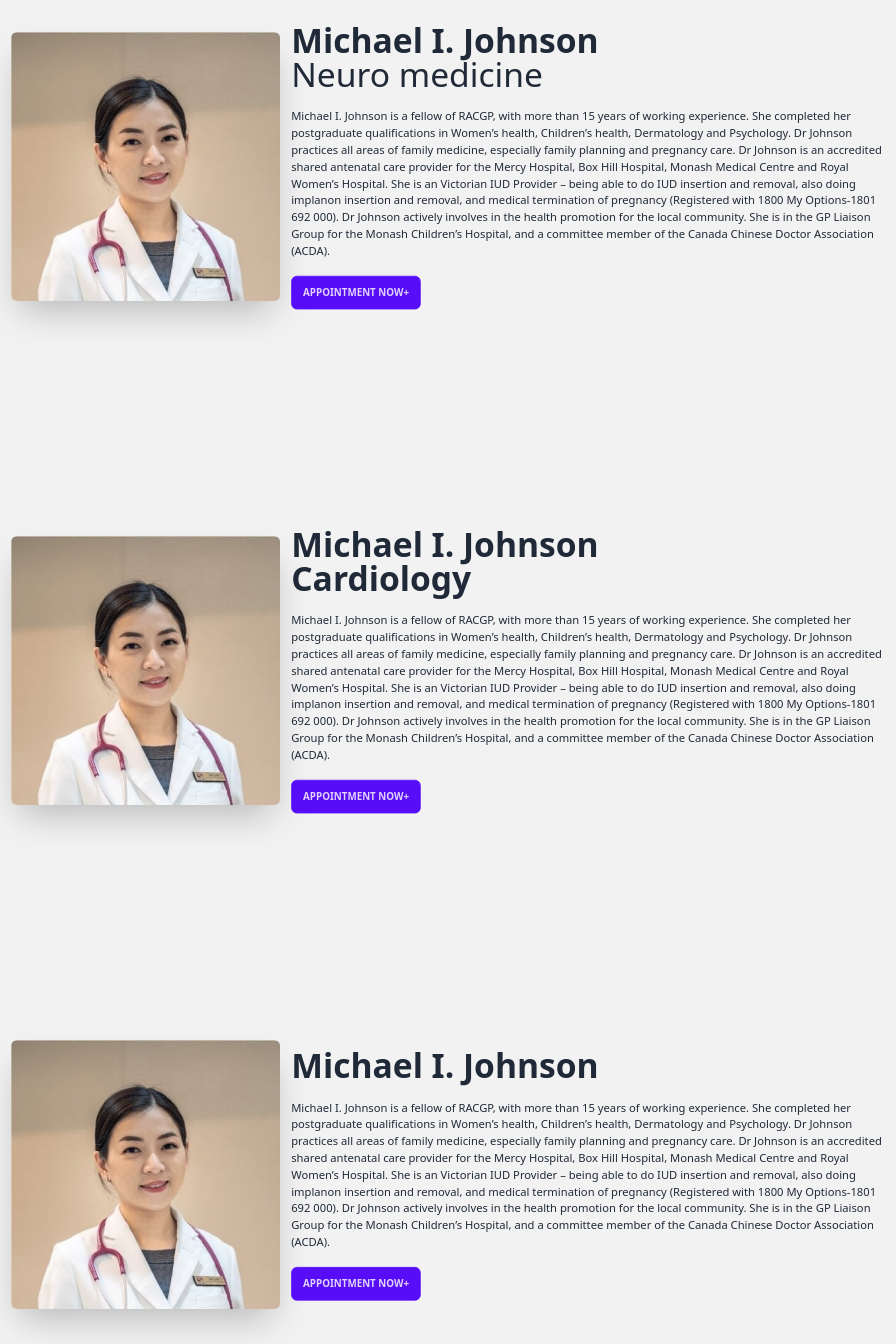
Repository: salmaakter11/Medical-Health
Page: /
An editor plug-in stored every save of this project. The page is shown before and after the next save, followed by the edit.
The browser window is 1280 px wide. The pictures show the part of the page from y = 1050 to 2970 px (the page is 3088 px tall), at 70% of full size.
The project was rebuilt for these pictures with package versions that can differ from the ones it lists, and the page was loaded fresh each time. Also part of the build but not shown: vite.config.js.

Above is the page before, as saved 2023-07-10 21:43:14.

### index.html

<!DOCTYPE html>
<html lang="en">
  <head>
    <meta charset="UTF-8" />
    <link rel="icon" type="image/svg+xml" href="src/img/img3.jpg" />
    <meta name="viewport" content="width=device-width, initial-scale=1.0" />
    <title>Medical Health</title>
  </head>
  <body>
    <div id="root"></div>
    <script type="module" src="/src/main.jsx"></script>
  </body>
</html>

### src/App.jsx
import Home from "./component/Home/Home"
import Navbar from "./component/Navbar/Navbar"
import Doctor from "./component/Doctor's/Doctor"



function App() {


  return (
    <>
    <Navbar></Navbar>
    <Home></Home>
    <Doctor></Doctor>


    </>
  )
}

export default App

### src/component/Home/Home.jsx

import React from 'react';


const Home = () => {
  return (
    <div id="Home">
      <div className="hero min-h-screen" style={{backgroundImage: 'url(https://medicaleducationsjp.com/-/media/Project/SXA/St-John-Providence-MedEd/providence-providence-park-hospital-southfield.jpg?la=en&hash=6BFBFC9A4CD3C2C67CDD857FB88B5C53FA24BCE4)'}}>
  <div className="hero-overlay bg-opacity-60"></div>
  <div className="hero-content text-center text-neutral-content">
    <div className="max-w-md">
      <h1 className="mb-5 text-5xl font-bold">We Care Medical & Health </h1>
      <p className="mb-5">We will conduct a complete dental examination and create an individualized treatment plan for you .</p>
      <button className="btn btn-primary">Make an Appointment +</button>
    </div>
  </div>
</div>

    </div>
  );
};

export default Home;

### src/component/Navbar/Navbar.jsx
import React from 'react';
import './Navbar.css'
const Navbar = () => {
    return (
        <div>
            <div className="navbar bg-base-100 nav z-40 shadow-sm shadow-black ">
                <div className="navbar-start">
                    <div className="dropdown">
                        <label tabindex="0" className="btn btn-ghost lg:hidden">
                            <svg xmlns="http://www.w3.org/2000/svg" className="h-5 w-5" fill="none" viewBox="0 0 24 24" stroke="currentColor"><path stroke-linecap="round" stroke-linejoin="round" stroke-width="2" d="M4 6h16M4 12h8m-8 6h16" /></svg>
                        </label>

                        {/* mobile device nav */}

                        <ul tabindex="0" className="menu menu-sm dropdown-content mt-3 p-2 shadow bg-base-100 rounded-box w-52 text-xl font-bold">
                        <li><a href="#Home" >Home </a></li>
    <li><a href="#Doctor">Doctor details</a></li>
    <li><a href="#Service">Service</a></li>
    <li><a href="#Shop">Medecine shop</a></li>
        <li><a href="#Contact" >Contact</a></li>
        <li><a href="#photo" >Photo&Gallery</a></li>
        <li><a href="#livechat" >LiveChat</a></li>


      </ul>
    </div>

    <a id='' href='/' className="btn btn-ghost normal-case text-xl font-bold text-xl front-bold"> Medical Health</a>
  </div>

  {/* pc device nav */}
  <div className="navbar-center hidden lg:flex ">
    <ul className="menu menu-horizontal px-1 text-xl font-bold">
    <li><a href="#Home" >Home </a></li>
    <li><a href="#Doctor">Doctor details</a></li>
    <li><a href="#Service">Service</a></li>
    <li><a href="#Shop">Medecine shop</a></li>
        <li><a href="#Contact" >Contact</a></li>
        <li><a href="#Contact" >Photo&Gallery</a></li>
        <li><a href="#livechat" >LiveChat</a></li>


    </ul>
  </div>
  <div className="navbar-end pr-10">
    {/* nav facebook logo */}

  <a target="blank" href="https://www.facebook.com/Salma.com.37"><svg xmlns="http://www.w3.org/2000/svg" width="30" height="30" viewBox="0 0 24 24" className="fill-current"><path d="M9 8h-3v4h3v12h5v-12h3.642l.358-4h-4v-1.667c0-.955.192-1.333 1.115-1.333h2.885v-5h-3.808c-3.596 0-5.192 1.583-5.192 4.615v3.385z"></path></svg></a>
  </div>
            </div>
        </div>
    );
};

export default Navbar;

### src/component/Doctor's/Doctor.jsx
import doc1 from "../../img/doc1.jpg"
import React from 'react';

const Doctor = () => {
    return (
        <div>
            <h1 className=' text-center text-neutral font-bold text-5xl py-20 '>Doctor Deteils</h1>
            <div>
                {/* Doctor1 */}
            <div className="hero min-h-screen bg-base-200">
  <div className="hero-content flex-col lg:flex-row">
    <img src={doc1} className="max-w-sm rounded-lg shadow-2xl" />
    <div>
      <h1 className="text-5xl font-bold">Michael I. Johnson</h1>
      <h6 className="text-5xl ">Neuro medicine </h6>
      <p className="py-6">Michael I. Johnson is a fellow of RACGP, with more than 15 years of working experience. She completed her postgraduate qualifications in Women’s health, Children’s health, Dermatology and Psychology.
Dr Johnson practices all areas of family medicine, especially family planning and pregnancy care. Dr Johnson is an accredited shared antenatal care provider for the Mercy Hospital, Box Hill Hospital, Monash Medical Centre and Royal Women’s Hospital. She is an Victorian IUD Provider – being able to do IUD insertion and removal, also doing implanon insertion and removal, and medical termination of pregnancy (Registered with 1800 My Options-1801 692 000).
Dr Johnson actively involves in the health promotion for the local community. She is in the GP Liaison Group for the Monash Children’s Hospital, and a committee member of the Canada Chinese Doctor Association (ACDA).</p>
      <button className="btn btn-primary">Appointment Now+</button>
    </div>
  </div>
</div>

{/* Doctor2 */}
<div className="hero min-h-screen bg-base-200">
  <div className="hero-content flex-col lg:flex-row">
    <img src={doc1} className="max-w-sm rounded-lg shadow-2xl" />
    <div>
      <h1 className="text-5xl font-bold">Michael I. Johnson</h1>
      <h4 className="text-5xl font-bold">Cardiology</h4>
      <p className="py-6">Michael I. Johnson is a fellow of RACGP, with more than 15 years of working experience. She completed her postgraduate qualifications in Women’s health, Children’s health, Dermatology and Psychology.
Dr Johnson practices all areas of family medicine, especially family planning and pregnancy care. Dr Johnson is an accredited shared antenatal care provider for the Mercy Hospital, Box Hill Hospital, Monash Medical Centre and Royal Women’s Hospital. She is an Victorian IUD Provider – being able to do IUD insertion and removal, also doing implanon insertion and removal, and medical termination of pregnancy (Registered with 1800 My Options-1801 692 000).
Dr Johnson actively involves in the health promotion for the local community. She is in the GP Liaison Group for the Monash Children’s Hospital, and a committee member of the Canada Chinese Doctor Association (ACDA).</p>
      <button className="btn btn-primary">Appointment Now+</button>
    </div>
  </div>
</div>
{/*
Doctor 3 */}

<div className="hero min-h-screen bg-base-200">
  <div className="hero-content flex-col lg:flex-row">
    <img src={doc1} className="max-w-sm rounded-lg shadow-2xl" />
    <div>
      <h1 className="text-5xl font-bold">Michael I. Johnson</h1>
      <h4 className="text-5xl font-bold"></h4>
      <p className="py-6">Michael I. Johnson is a fellow of RACGP, with more than 15 years of working experience. She completed her postgraduate qualifications in Women’s health, Children’s health, Dermatology and Psychology.
Dr Johnson practices all areas of family medicine, especially family planning and pregnancy care. Dr Johnson is an accredited shared antenatal care provider for the Mercy Hospital, Box Hill Hospital, Monash Medical Centre and Royal Women’s Hospital. She is an Victorian IUD Provider – being able to do IUD insertion and removal, also doing implanon insertion and removal, and medical termination of pregnancy (Registered with 1800 My Options-1801 692 000).
Dr Johnson actively involves in the health promotion for the local community. She is in the GP Liaison Group for the Monash Children’s Hospital, and a committee member of the Canada Chinese Doctor Association (ACDA).</p>
      <button className="btn btn-primary">Appointment Now+</button>
    </div>
  </div>
</div>

            </div>
        </div>
    );
};

export default Doctor;

### src/component/Navbar/Navbar.css
.nav {
    position: fixed;
    top: o;
}

Loaded but not shown: src/main.jsx (common file); src/index.css (common file); tailwind.config.js (common file)

After the next save:
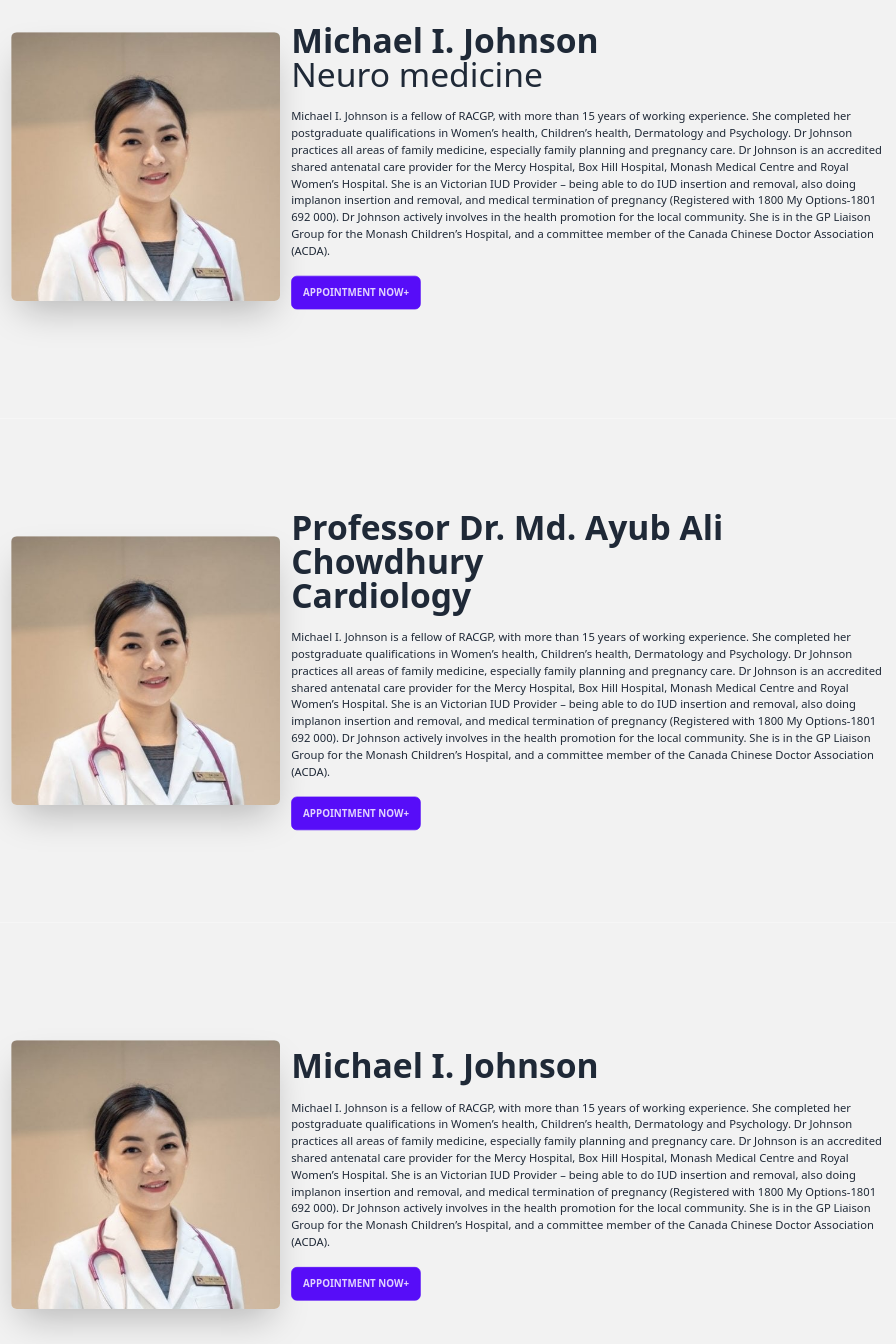
Saved 3 min 53 s later.
--- a/src/component/Doctor's/Doctor.jsx
+++ b/src/component/Doctor's/Doctor.jsx
@@ -26,7 +26,7 @@
   <div className="hero-content flex-col lg:flex-row">
     <img src={doc1} className="max-w-sm rounded-lg shadow-2xl" />
     <div>
-      <h1 className="text-5xl font-bold">Michael I. Johnson</h1>
+      <h1 className="text-5xl font-bold">Professor Dr. Md. Ayub Ali Chowdhury</h1>
       <h4 className="text-5xl font-bold">Cardiology</h4>
       <p className="py-6">Michael I. Johnson is a fellow of RACGP, with more than 15 years of working experience. She completed her postgraduate qualifications in Women’s health, Children’s health, Dermatology and Psychology.
 Dr Johnson practices all areas of family medicine, especially family planning and pregnancy care. Dr Johnson is an accredited shared antenatal care provider for the Mercy Hospital, Box Hill Hospital, Monash Medical Centre and Royal Women’s Hospital. She is an Victorian IUD Provider – being able to do IUD insertion and removal, also doing implanon insertion and removal, and medical termination of pregnancy (Registered with 1800 My Options-1801 692 000).
